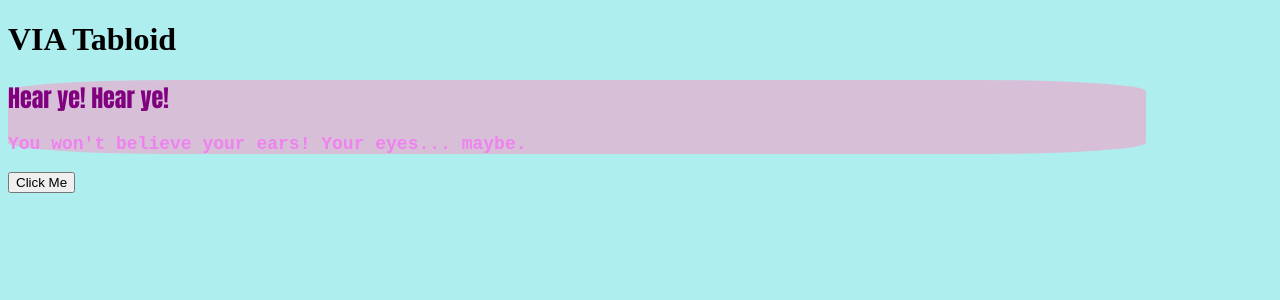
Repository: pimbp/doc_assign
Page: Frontend/index.html
These files come from the project's save history. The page is drawn as it stood at one moment and after the next save; the edit follows.
The browser window is 1280 px wide. The pictures show the whole page.

Above is the page before, as saved 2026-02-25 18:02:31.

After the next save:
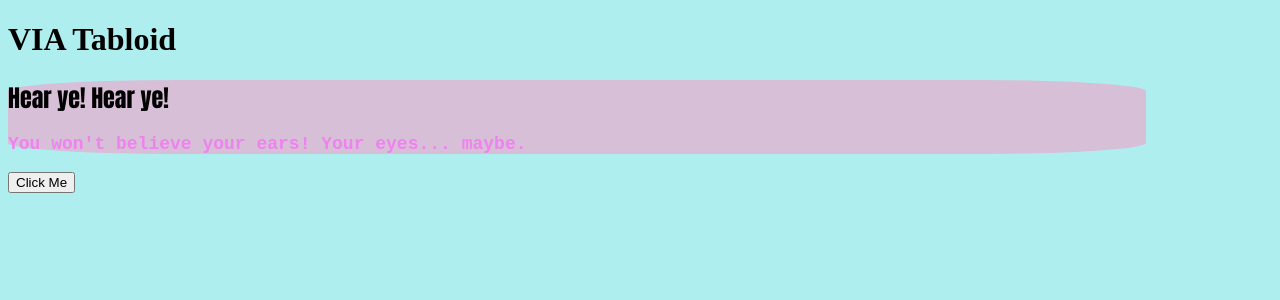
Saved 3 min 38 s later.
--- a/Frontend/style/fancy.css
+++ b/Frontend/style/fancy.css
@@ -3,7 +3,7 @@ body { background-color: paleturquoise; }
 #sensational {
     font-family: Impact, Haettenschweiler, 'Arial Narrow Bold', sans-serif;
     font-size: 24px;
-    color: purple;
+    color: black;
     font-weight: bold;
 
     max-width: 90%;
